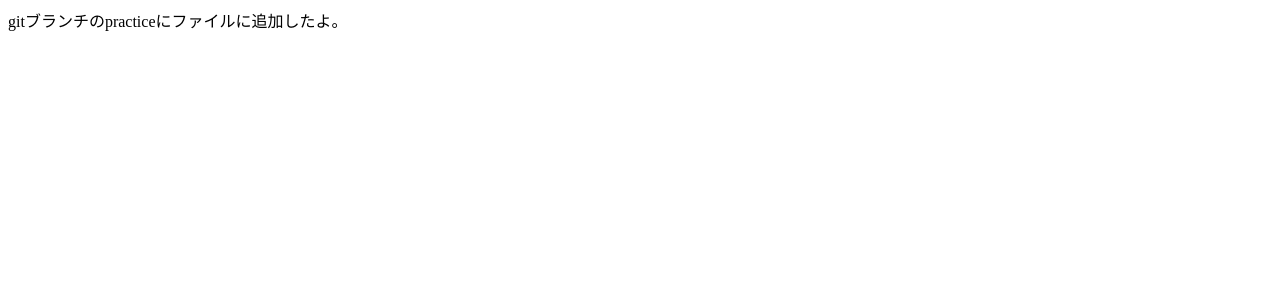
Repository: toshiogawa/git-sample-udemy
Page: git-branch-practice.html
The author's editor kept a copy of each file at every save. The page is drawn from the files as they stood at one save, then again after the next save.
The browser window is 1280 px wide. The pictures show the whole page.

Above is the page before, as saved 2025-11-24 09:26:27.

### git-branch-practice.html
gitブランチのpracticeにファイルに追加したよ。

After the next save:
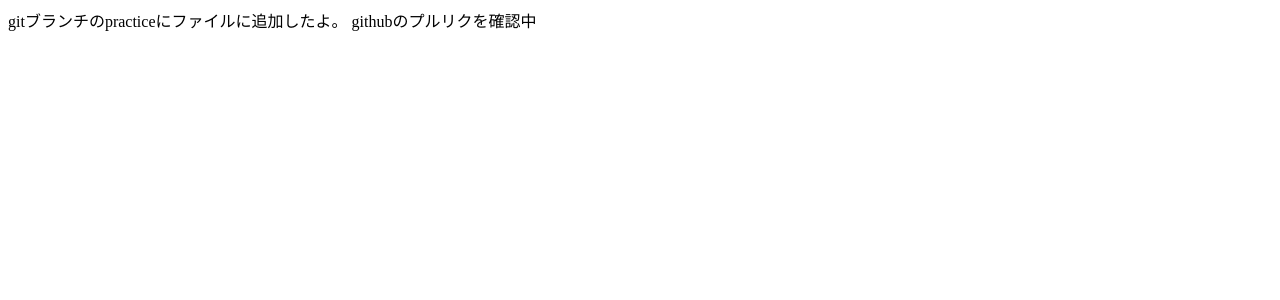
Saved 12 h 43 min later.
--- a/git-branch-practice.html
+++ b/git-branch-practice.html
@@ -1 +1 @@
-gitブランチのpracticeにファイルに追加したよ。
+gitブランチのpracticeにファイルに追加したよ。 githubのプルリクを確認中
